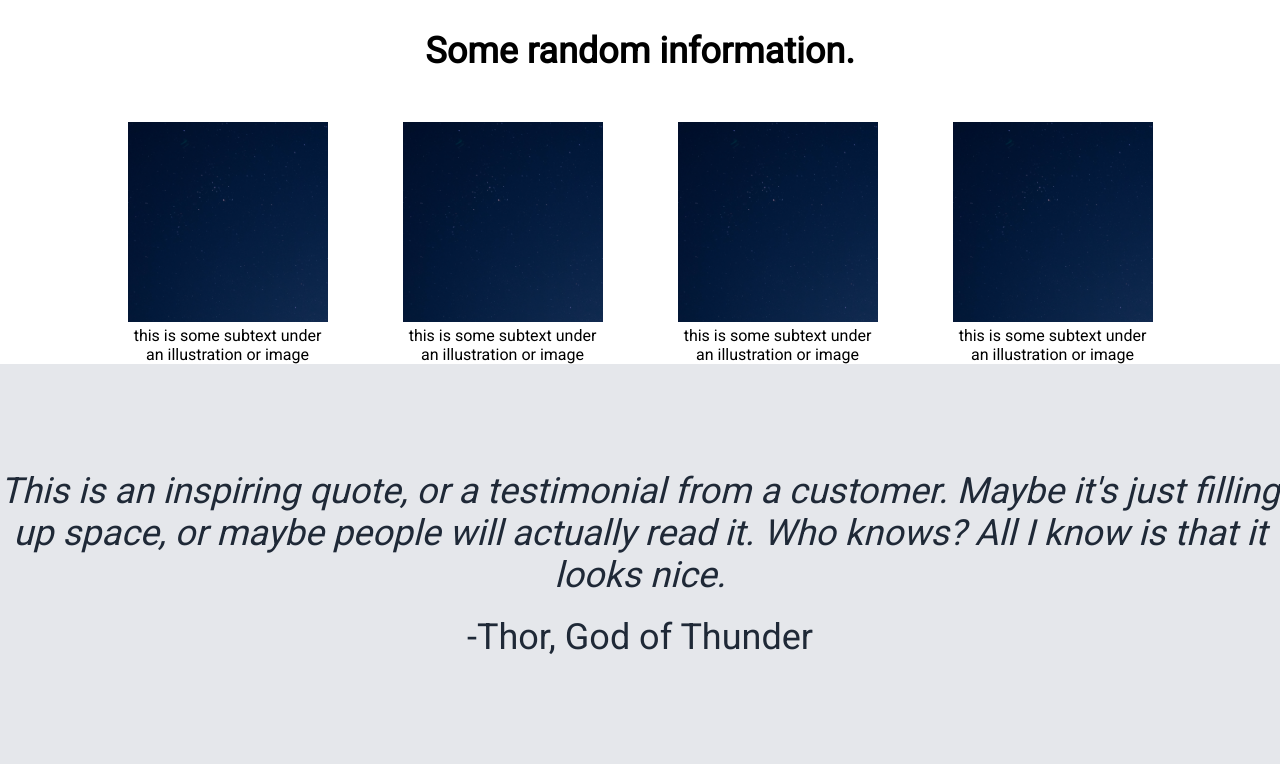
Repository: aaronestre/odin-landingpage
Page: index.html
These files come from the project's save history. The page is drawn as it stood at one moment and after the next save; the edit follows.
The browser window is 1280 px wide. The pictures show the part of the page from y = 570 to 1334 px (the page is 1334 px tall).
A picture or video elsewhere on the page could not be fetched, so the positions and the page height are approximate.

Above is the page before, as saved 2025-02-12 20:24:32.

After the next save:
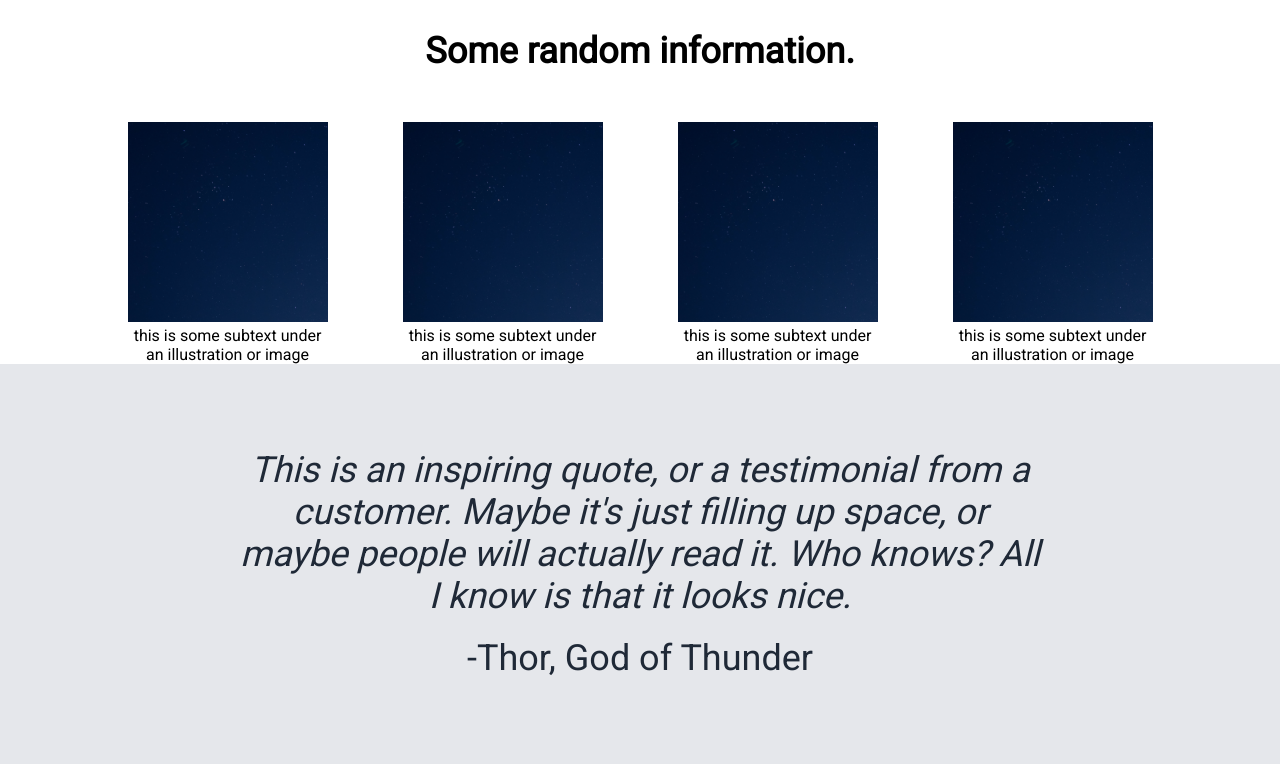
Saved 17 s later.
--- a/index.css
+++ b/index.css
@@ -113,4 +113,5 @@
     font-style: italic;
     margin-bottom: 20px;
     text-align: center;
+    width: 800px;
 }
